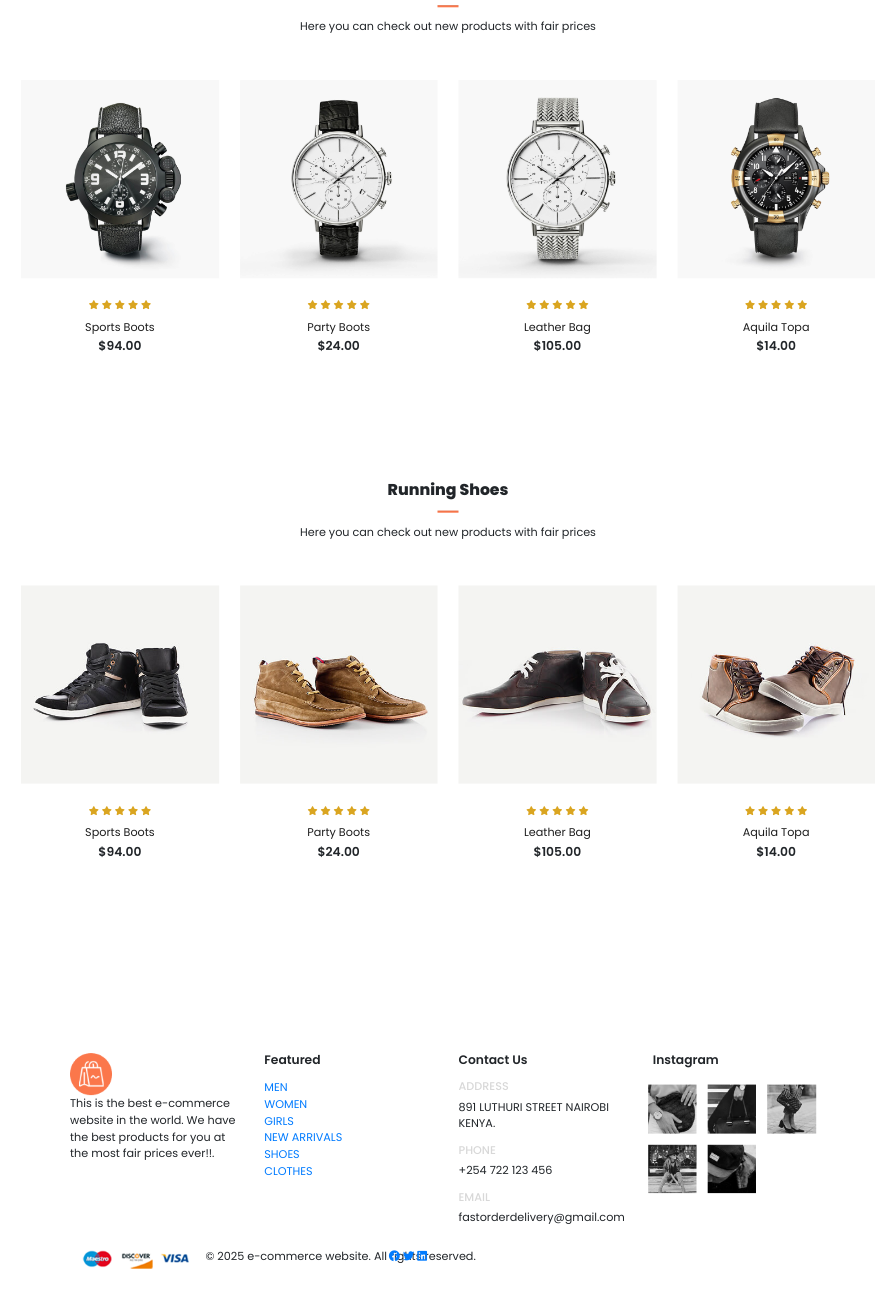
Repository: peter417waweru/e-commerce-UI
Page: index.html
These files come from the project's save history. The page is drawn as it stood at one moment and after the next save; the edit follows.
The browser window is 1280 px wide. The pictures show the part of the page from y = 3518 to 5438 px (the page is 5390 px tall before and 5438 px after), at 70% of full size.
Backgrounds fixed to the window are drawn as part of the page. Some web libraries are served in a nearby version.

Above is the page before, as saved 2025-02-08 09:08:00.

### index.html
<!DOCTYPE html>
<html lang="en">

    <head>
        <meta charset="UTF-8">
        <meta http-equiv="X-UA-Compatible" content="IE=edge">
        <meta name="viewport" content="width=device-width, initial-scale=1.0">
        <title>Ecommerce Website1</title>

        <link rel="stylesheet" href="https://cdn.jsdelivr.net/npm/bootstrap@4.1.3/dist/css/bootstrap.min.css"
         integrity="sha384-MCw98/SFnGE8fJT3GXwEOngsV7Zt27NXFoaoApmYm81iuXoPkFOJwJ8ERdknLPMO" crossorigin="anonymous">

        <link rel="stylesheet" href="https://pro.fontawesome.com/releases/v5.10.0/css/all.css" />

        <link rel="stylesheet" href="./style.css">
    </head>

    <body>

        <nav class="navbar navbar-expand-lg navbar-light bg-light py-3 fixed-top">
            <div class="container">
              <img src="img/logo1.png" alt="">
              <button class="navbar-toggler" type="button" data-bs-toggle="collapse" data-bs-target="#navbarSupportedContent" aria-controls="navbarSupportedContent" aria-expanded="false" aria-label="Toggle navigation">
                <span><i id="bar" class="fas fa-bars"></i></span>
              </button>
              <div class="collapse navbar-collapse" id="navbarSupportedContent">
                <ul class="navbar-nav ml-auto">
                  <li class="nav-item">
                    <a class="nav-link active" aria-current="page" href="#">Home</a>
                  </li>
                  <li class="nav-item">
                    <a class="nav-link" aria-current="page" href="#">Shop</a>
                  </li>
                  <li class="nav-item">
                    <a class="nav-link" aria-current="page" href="#">Blog</a>
                  </li>
                  <li class="nav-item">
                    <a class="nav-link" aria-current="page" href="#">About</a>
                  </li>
                  <li class="nav-item">
                    <a class="nav-link" aria-current="page" href="#">Contact Us</a>
                  </li>
                  <li class="nav-item">
                    <i class="fal fa-search"></i>
                    <i class="fal fa-shopping-bag"></i>
                  </li>


                </ul>

              </div>
            </div>
        </nav>


        <section id="home">
          <div class="container">
            <h5>NEW ARRIVALS</h5>
            <h1><span>Best Price</span> This year</h1>
            <p>Shop today with us for the best offers delivered to your doorsteps <br>
               within seconds.
            </p>
            <button>Shop Now</button>
          </div>
        </section>

        <section id="brand" class="container">
          <div class="row m-0 py-5">
            <img class="img-fluid col-lg-2 col-md-4 col-sm-6" src="img/brand/1.png" alt="">
            <img class="img-fluid col-lg-2 col-md-4 col-sm-6" src="img/brand/2.png" alt="">
            <img class="img-fluid col-lg-2 col-md-4 col-sm-6" src="img/brand/3.png" alt="">
            <img class="img-fluid col-lg-2 col-md-4 col-sm-6" src="img/brand/4.png" alt="">
            <img class="img-fluid col-lg-2 col-md-4 col-sm-6" src="img/brand/5.png" alt="">
            <img class="img-fluid col-lg-2 col-md-4 col-sm-6" src="img/brand/6.png" alt="">
          </div>
        </section>

        <section id="new" class="w-100">
          <div class="row p-0 m-0">
            <div class="one col-lg-4 col-md-12 col-sm-12 p-0">
              <img class="img-fluid" src="img/new/1.jpg" alt="">
              <div class="details">
                <h2>Extreme Rare Sneakers</h2>
                <button class="text-uppercase">shop now</button>
              </div>
            </div>
            <div class="one col-lg-4 col-md-12 col-sm-12 p-0">
              <img class="img-fluid" src="img/new/5.jpg" alt="">
              <div class="details">
                <h2>Awesome blank outfit</h2>
                <button class="text-uppercase">shop now</button>
              </div>
            </div>
            <div class="one col-lg-4 col-md-12 col-sm-12 p-0">
              <img class="img-fluid" src="img/new/3.jpg" alt="">
              <div class="details">
                <h2>Sportwear upto 50% off</h2>
                <button class="text-uppercase">shop now</button>
              </div>
            </div>
          </div>
        </section>

        <section id="featured" class="my-5 pb-5">
          <div class="container text-center mt-5 py-5">
            <h3>Our Featured</h3>
            <hr class="mx-auto">
            <p>Here you can check out our new products with the most fair prices</p>
          </div>
          <div class="row mx-auto container-fluid">
            <div class="product text-center col-lg-3 col-md-4 col-12">
              <img class="img-fluid mb-3" src="img/featured/1.jpg" alt="">
              <div class="star">
                <i class="fas fa-star"></i>
                <i class="fas fa-star"></i>
                <i class="fas fa-star"></i>
                <i class="fas fa-star"></i>
                <i class="fas fa-star"></i>
              </div>
              <h5 class="p-name">Sports Boots</h5>
              <h4 class="p-price">$94.00</h4>
              <button class="buy-btn">Buy Now</button>
            </div>
            <div class="product text-center col-lg-3 col-md-4 col-12">
              <img class="img-fluid mb-3" src="img/featured/2.jpg" alt="">
              <div class="star">
                <i class="fas fa-star"></i>
                <i class="fas fa-star"></i>
                <i class="fas fa-star"></i>
                <i class="fas fa-star"></i>
                <i class="fas fa-star"></i>
              </div>
              <h5 class="p-name">Party Boots</h5>
              <h4 class="p-price">$24.00</h4>
              <button class="buy-btn">Buy Now</button>
            </div>
            <div class="product text-center col-lg-3 col-md-4 col-12">
              <img class="img-fluid mb-3" src="img/featured/3.jpg" alt="">
              <div class="star">
                <i class="fas fa-star"></i>
                <i class="fas fa-star"></i>
                <i class="fas fa-star"></i>
                <i class="fas fa-star"></i>
                <i class="fas fa-star"></i>
              </div>
              <h5 class="p-name">Leather Bag</h5>
              <h4 class="p-price">$105.00</h4>
              <button class="buy-btn">Buy Now</button>
            </div>
            <div class="product text-center col-lg-3 col-md-4 col-12">
              <img class="img-fluid mb-3" src="img/featured/4.jpg" alt="">
              <div class="star">
                <i class="fas fa-star"></i>
                <i class="fas fa-star"></i>
                <i class="fas fa-star"></i>
                <i class="fas fa-star"></i>
                <i class="fas fa-star"></i>
              </div>
              <h5 class="p-name">Aquila Topa</h5>
              <h4 class="p-price">$14.00</h4>
              <button class="buy-btn">Buy Now</button>
            </div>
          </div>
        </section>

        <section id="banner" class="my-5 py-3">
          <div class="container">
            <h4>MID SEASON SALES</h4>
            <h1>Autumn Collection <br>
              UP TO 20% OFF
            </h1>
            <button class="text-uppercase">Shop Now</button>
          </div>
        </section>

        <section id="clothes" class="my-5">
          <div class="container text-center mt-5 py-5">
            <h3>Dresses and jumpsuits</h3>
            <hr class="mx-auto">
            <p>Here you can check out new products with fair prices</p>
          </div>
          <div class="row mx-auto container-fluid">
            <div class="product text-center col-lg-3 col-md-4 col-12">
              <img class="img-fluid mb-3" src="img/clothes/1.jpg" alt="">
              <div class="star">
                <i class="fas fa-star"></i>
                <i class="fas fa-star"></i>
                <i class="fas fa-star"></i>
                <i class="fas fa-star"></i>
                <i class="fas fa-star"></i>
              </div>
              <h5 class="p-name">Sports Boots</h5>
              <h4 class="p-price">$94.00</h4>
              <button class="buy-btn">Buy Now</button>
            </div>
            <div class="product text-center col-lg-3 col-md-4 col-12">
              <img class="img-fluid mb-3" src="img/clothes/2.jpg" alt="">
              <div class="star">
                <i class="fas fa-star"></i>
                <i class="fas fa-star"></i>
                <i class="fas fa-star"></i>
                <i class="fas fa-star"></i>
                <i class="fas fa-star"></i>
              </div>
              <h5 class="p-name">Party Boots</h5>
              <h4 class="p-price">$24.00</h4>
              <button class="buy-btn">Buy Now</button>
            </div>
            <div class="product text-center col-lg-3 col-md-4 col-12">
              <img class="img-fluid mb-3" src="img/clothes/3.jpg" alt="">
              <div class="star">
                <i class="fas fa-star"></i>
                <i class="fas fa-star"></i>
                <i class="fas fa-star"></i>
                <i class="fas fa-star"></i>
                <i class="fas fa-star"></i>
              </div>
              <h5 class="p-name">Leather Bag</h5>
              <h4 class="p-price">$105.00</h4>
              <button class="buy-btn">Buy Now</button>
            </div>
            <div class="product text-center col-lg-3 col-md-4 col-12">
              <img class="img-fluid mb-3" src="img/clothes/1.jpg" alt="">
              <div class="star">
                <i class="fas fa-star"></i>
                <i class="fas fa-star"></i>
                <i class="fas fa-star"></i>
                <i class="fas fa-star"></i>
                <i class="fas fa-star"></i>
              </div>
              <h5 class="p-name">Aquila Topa</h5>
              <h4 class="p-price">$14.00</h4>
              <button class="buy-btn">Buy Now</button>
            </div>
          </div>
        </section>

        <section id="watches" class="my-5">
          <div class="container text-center mt-5 py-5">
            <h3>Best Watches</h3>
            <hr class="mx-auto">
            <p>Here you can check out new products with fair prices</p>
          </div>
          <div class="row mx-auto container-fluid">
            <div class="product text-center col-lg-3 col-md-4 col-12">
              <img class="img-fluid mb-3" src="img/watches/1.jpg" alt="">
              <div class="star">
                <i class="fas fa-star"></i>
                <i class="fas fa-star"></i>
                <i class="fas fa-star"></i>
                <i class="fas fa-star"></i>
                <i class="fas fa-star"></i>
              </div>
              <h5 class="p-name">Sports Boots</h5>
              <h4 class="p-price">$94.00</h4>
              <button class="buy-btn">Buy Now</button>
            </div>
            <div class="product text-center col-lg-3 col-md-4 col-12">
              <img class="img-fluid mb-3" src="img/watches/2.jpg" alt="">
              <div class="star">
                <i class="fas fa-star"></i>
                <i class="fas fa-star"></i>
                <i class="fas fa-star"></i>
                <i class="fas fa-star"></i>
                <i class="fas fa-star"></i>
              </div>
              <h5 class="p-name">Party Boots</h5>
              <h4 class="p-price">$24.00</h4>
              <button class="buy-btn">Buy Now</button>
            </div>
            <div class="product text-center col-lg-3 col-md-4 col-12">
              <img class="img-fluid mb-3" src="img/watches/3.jpg" alt="">
              <div class="star">
                <i class="fas fa-star"></i>
                <i class="fas fa-star"></i>
                <i class="fas fa-star"></i>
                <i class="fas fa-star"></i>
                <i class="fas fa-star"></i>
              </div>
              <h5 class="p-name">Leather Bag</h5>
              <h4 class="p-price">$105.00</h4>
              <button class="buy-btn">Buy Now</button>
            </div>
            <div class="product text-center col-lg-3 col-md-4 col-12">
              <img class="img-fluid mb-3" src="img/watches/4.jpg" alt="">
              <div class="star">
                <i class="fas fa-star"></i>
                <i class="fas fa-star"></i>
                <i class="fas fa-star"></i>
                <i class="fas fa-star"></i>
                <i class="fas fa-star"></i>
              </div>
              <h5 class="p-name">Aquila Topa</h5>
              <h4 class="p-price">$14.00</h4>
              <button class="buy-btn">Buy Now</button>
            </div>
          </div>
        </section>

        <section id="shoes" class="my-5 pb-5">
          <div class="container text-center mt-5 py-5">
            <h3>Running Shoes</h3>
            <hr class="mx-auto">
            <p>Here you can check out new products with fair prices</p>
          </div>
          <div class="row mx-auto container-fluid">
            <div class="product text-center col-lg-3 col-md-4 col-12">
              <img class="img-fluid mb-3" src="img/shoes/8.jpg" alt="">
              <div class="star">
                <i class="fas fa-star"></i>
                <i class="fas fa-star"></i>
                <i class="fas fa-star"></i>
                <i class="fas fa-star"></i>
                <i class="fas fa-star"></i>
              </div>
              <h5 class="p-name">Sports Boots</h5>
              <h4 class="p-price">$94.00</h4>
              <button class="buy-btn">Buy Now</button>
            </div>
            <div class="product text-center col-lg-3 col-md-4 col-12">
              <img class="img-fluid mb-3" src="img/shoes/7.jpg" alt="">
              <div class="star">
                <i class="fas fa-star"></i>
                <i class="fas fa-star"></i>
                <i class="fas fa-star"></i>
                <i class="fas fa-star"></i>
                <i class="fas fa-star"></i>
              </div>
              <h5 class="p-name">Party Boots</h5>
              <h4 class="p-price">$24.00</h4>
              <button class="buy-btn">Buy Now</button>
            </div>
            <div class="product text-center col-lg-3 col-md-4 col-12">
              <img class="img-fluid mb-3" src="img/shoes/6.jpg" alt="">
              <div class="star">
                <i class="fas fa-star"></i>
                <i class="fas fa-star"></i>
                <i class="fas fa-star"></i>
                <i class="fas fa-star"></i>
                <i class="fas fa-star"></i>
              </div>
              <h5 class="p-name">Leather Bag</h5>
              <h4 class="p-price">$105.00</h4>
              <button class="buy-btn">Buy Now</button>
            </div>
            <div class="product text-center col-lg-3 col-md-4 col-12">
              <img class="img-fluid mb-3" src="img/shoes/5.jpg" alt="">
              <div class="star">
                <i class="fas fa-star"></i>
                <i class="fas fa-star"></i>
                <i class="fas fa-star"></i>
                <i class="fas fa-star"></i>
                <i class="fas fa-star"></i>
              </div>
              <h5 class="p-name">Aquila Topa</h5>
              <h4 class="p-price">$14.00</h4>
              <button class="buy-btn">Buy Now</button>
            </div>
          </div>
        </section>

        <footer class="mt-5 py-5">
          <div class="row container mx-auto pt-5">
            <div class="footer-one col-lg-3 col-md-6 col-12">
              <img src="img/logo2.png" alt="">
              <p>This is the best e-commerce website in the world.
                 We have the best products for you at the most fair prices ever!!.</p>
            </div>
            <div class="footer-one col-lg-3 col-md-6 col-12">
              <h4 class="pb-2">Featured</h4>
              <ul class="text-uppercase list-unstyled">
                <li><a href="#">men</a></li>
                <li><a href="#">women</a></li>
                <li><a href="#">girls</a></li>
                <li><a href="#">new arrivals</a></li>
                <li><a href="#">shoes</a></li>
                <li><a href="#">clothes</a></li>
              </ul>
            </div>
            <div class="footer-one col-lg-3 col-md-6 col-12">
              <h4 class="pb-2">Contact Us</h4>
              <div>
                <h6 class="text-uppercase">Address</h6>
              <p>891 LUTHURI STREET NAIROBI KENYA.</p>
              </div>
              <div>
                <h6 class="text-uppercase">Phone</h6>
              <p>+254 722 123 456</p>
              </div>
              <div>
                <h6 class="text-uppercase">Email</h6>
              <p>fastorderdelivery@gmail.com</p>
              </div>
            </div>
            <div class="footer-one col-lg-3 col-md-6 col-12">
              <h4 class="pb-2">Instagram</h4>
              <div class="row">
                <img class="img-fluid w-25 h-100 m-2" src="img/insta/1.jpg" alt="">
                <img class="img-fluid w-25 h-100 m-2" src="img/insta/2.jpg" alt="">
                <img class="img-fluid w-25 h-100 m-2" src="img/insta/3.jpg" alt="">
                <img class="img-fluid w-25 h-100 m-2" src="img/insta/4.jpg" alt="">
                <img class="img-fluid w-25 h-100 m-2" src="img/insta/5.jpg" alt="">
              </div>
            </div>
            <div class="copyright mt-3">
              <div class="row container mx-auto">
                <div class="col-lg-3 col-md-6 col-12">
                  <img src="img/payment.png" alt="">
                </div>
                <div class="col-lg-4 col-md-6 col-12 text-nowrap mr-4">
                  <p>© 2025 e-commerce website. All rights reserved.</p>
                </div>
                <div class="col-lg-4 col-md-6 col-12 ">
                  <a href=""><i class="fab fa-facebook"></i></a>
                  <a href=""><i class="fab fa-twitter"></i></a>
                  <a href=""><i class="fab fa-linkedin"></i></a>
                </div>
              </div>
            </div>
          </div>
        </footer>





        <script src="https://cdn.jsdelivr.net/npm/@popperjs/core@2.9.1/dist/umd/popper.min.js"
            integrity="sha384-SR1sx49pcuLnqZUnnPwx6FCym0wLsk5JZuNx2bPPENzswTNFaQU1RDvt3wT4gWFG"
            crossorigin="anonymous"></script>
        <script src="https://cdn.jsdelivr.net/npm/bootstrap@5.0.0-beta3/dist/js/bootstrap.min.js"
            integrity="sha384-j0CNLUeiqtyaRmlzUHCPZ+Gy5fQu0dQ6eZ/xAww941Ai1SxSY+0EQqNXNE6DZiVc"
            crossorigin="anonymous"></script>
    </body>

</html>

### style.css
@import url("https://fonts.googleapis.com/css2?family=Poppins:wght@100;200;300;400;500;600;700;800;900&display=swap");
* {
  margin: 0;
  padding: 0;
  box-sizing: border-box;
}

body {
  font-family: "Poppins", sans-serif;
}

h1 {
  font-size: 2.5rem;
  font-weight: 700;
}

h2 {
  font-size: 1.8rem;
  font-weight: 600;
}

h3 {
  font-size: 1.4rem;
  font-weight: 800;
}

h4 {
  font-size: 1.1rem;
  font-weight: 600;
}

h5 {
  font-size: 1rem;
  font-weight: 400;
  color: #1d1d1d;
}

h6 {
  color: #d8d8d8;
}

hr {
  width: 30px;
  height: 2px;
  background-color: #fb774b;
}

.star {
  padding: 10px 0;
}

.star i{
  font-size: 0.8rem;
  color: goldenrod;
}

button {
  font-size: 0.8rem;
  font-weight: 700;
  outline: none;
  border: none;
  background-color: #1d1d1d;
  color: aliceblue;
  padding: 13px 30px;
  cursor: pointer;
  text-transform: uppercase;
  transition: 0.3s ease;
}

button:hover {
  background-color: #3a3833;
}

hr {
  width: 30px;
  height: 2px;

}

.navbar {
  font-size: 16px;
  background-color: #d8d8d8;
  top: 0;
  left: 0;
}

.navbar-light .navbar-nav .nav-link{
  padding: 0 20px;
  color: black;
  transition: 0.3s ease;
}

.navbar-light .navbar-nav .nav-link:hover,
.navbar i:hover,
.navbar-light .navbar-nav .nav-link.active,
.navbar i.active
{
  color: coral;
}



.navbar i{
  font-size: 1.2rem;
  padding: 0 7px;
  cursor: pointer;
  transition: 0.3s ease;
}

/* Mobile Nav*/


.navbar-light .navbar-toggler{
  border: none;
  outline: none;
}

#bar {
  font-size: 1.5rem;
  padding: 7px;
  cursor: pointer;
  font-weight: 500;
  color: black;
  transition: 0.3s ease;
}

#bar:hover,
#bar.active{
  color: #fff;
}

@media only screen and (max-width: 990px) {

  body > nav > div > button:hover ,
  body > nav > div > button:focus {
    background-color: #fb774b;
  }

  body > nav > div > button:hover #bar,
  body > nav > div > button:focus #bar {
    background-color: #fb774b;
  }

  #navbarSupportedContent > ul {
    margin: 1rem;
    justify-content: flex-end;
    align-items: flex-end;
    text-align: right;
  }

  #navbarSupportedContent > ul > li:nth-child(n) > a {
    padding: 10px 0;
  }
}


#home {
  background-image: url("img/back.jpg");
  width: 100%;
  height: 100vh;
  background-size: cover;
  background-position: top 70px center;
  display: flex;
  flex-direction: column;
  align-items: flex-start;
  justify-content: center;

}

#home span{
  color: coral;
}

#new .one img{
  width: 100%;
  height: 100%;
  background-position: center center;
  background-repeat: no-repeat;
  background-size: cover;
  position: relative;
}


#new .row .one .details{
  position: absolute;
  width: 100%;
  height: 100%;
  top: 0;
  left: 0;
  transition: 0.3s ease;
}

#new .row .one:hover .details{
  cursor: pointer;
  background-color: rgba(255, 178, 178, 0.8);
}

#new .row .one .details button{
 display: inline-block;
 font-size: 14px;
 font-weight: 500;
 color: #2a2a2a;
 background: none;
 text-transform: uppercase;
 border-bottom: 1px solid #2a2a2a;
 padding: 1.5px;
 transform: translateY(70px);
 transition: 0.3s ease;
}

#new .row .one .details button:hover{
  cursor: pointer;
  color: #fff;
  border-bottom: 1px solid #fff;
}

#new .row .one:nth-child(1) .details{
  display: flex;
  justify-content: center;
  flex-direction: column;
  align-items: flex-start;
  text-align: start;
}

#new .row .one:nth-child(2) .details{
  display: flex;
  justify-content: center;
  flex-direction: column;
  align-items: center;
  text-align: center;
}

#new .row .one:nth-child(3) .details{
  display: flex;
  justify-content: center;
  flex-direction: column;
  align-items: flex-end;
  text-align: end;
}

/*Products*/

.product {
  cursor: pointer;
  margin-bottom: 2rem;
}

.product img{
  transition: 0.3s all;
}

.product img:hover{
  opacity: 0.7;
}

.product .buy-btn{
  background: #fb774b;
  transform: translateY(20px);
  opacity: 0;
  transition: 0.3s all;
}
.product:hover .buy-btn{
  transform: translateY(0px);
  opacity: 1;
}

#banner {
  background-image: url("img/banner/2.jpg");
  width: 100%;
  height: 60vh;
  background-size: cover;
  background-position: top 70px center;
  background-repeat: no-repeat;
  background-attachment: fixed;
  display: flex;
  flex-direction: column;
  align-items: flex-start;
  justify-content: center;
}

#banner h4{
  color: #D8D8D8;
}

#banner h1{
  color: #D8D8D8;
}

#banner button{
  background-color: #fb774b;
}

After the next save:
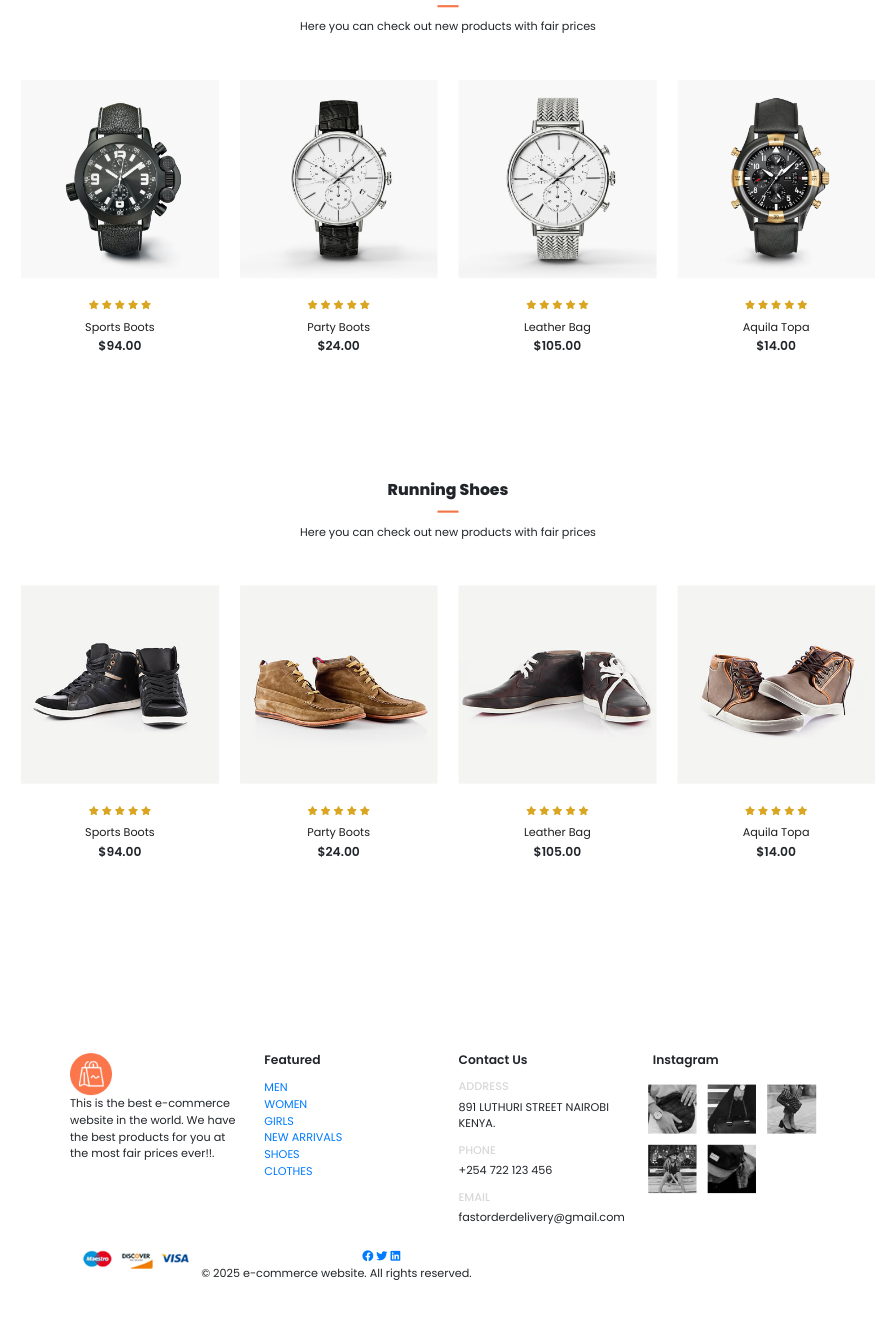
Saved 12 s later.
--- a/index.html
+++ b/index.html
@@ -407,7 +407,7 @@
                 <div class="col-lg-3 col-md-6 col-12">
                   <img src="img/payment.png" alt="">
                 </div>
-                <div class="col-lg-4 col-md-6 col-12 text-nowrap mr-4">
+                <div class="col-lg-4 col-md-6 col-12 text-nowrap my-4">
                   <p>© 2025 e-commerce website. All rights reserved.</p>
                 </div>
                 <div class="col-lg-4 col-md-6 col-12 ">
